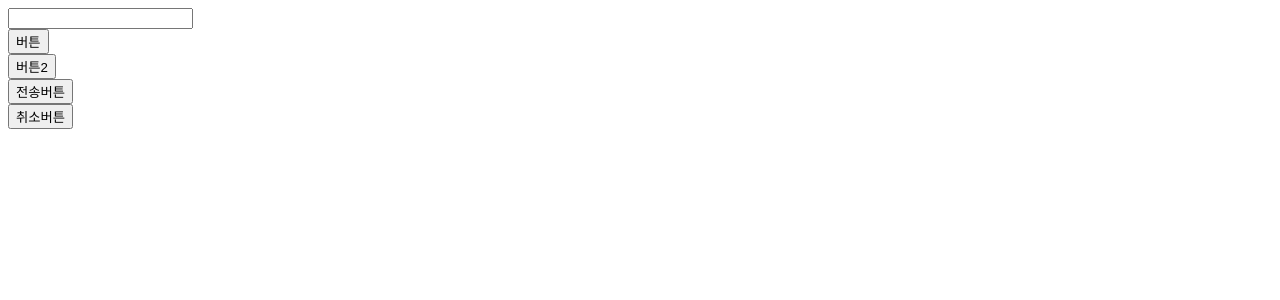
Repository: zmfhd1/Web
Page: jstest/WebContent/event1.html
An editor plug-in stored every save of this project. The page is shown before and after the next save, followed by the edit.
The browser window is 1280 px wide. The pictures show the whole page.

Above is the page before, as saved 2021-08-24 09:01:27.

### jstest/WebContent/event1.html
<!DOCTYPE html>
<html>
<head>
<meta charset="UTF-8">
<title>Insert title here</title>
</head>
<body>
<script>
function f1(){
	alert('이벤트발생');
	//10문장
}
//고전 이벤트 모델
window.onload = function(){
	var btn2 = document.getElementById("btn2");
	btn2.onclick = function(){
		alert('버튼2 이벤트 발생');
	}
}

</script>

<form action = "a.html">
<input type = text><br>
<input type = 'button' value = "버튼" onclick = "f1()"><br>
<input id = "btn2" type = 'button' value = "버튼2"><br>

<input type = 'submit' value = "전송버튼" ><br>
<input type = 'submit' value = "취소버튼" ><br>

</form>
</body>
</html>

After the next save:
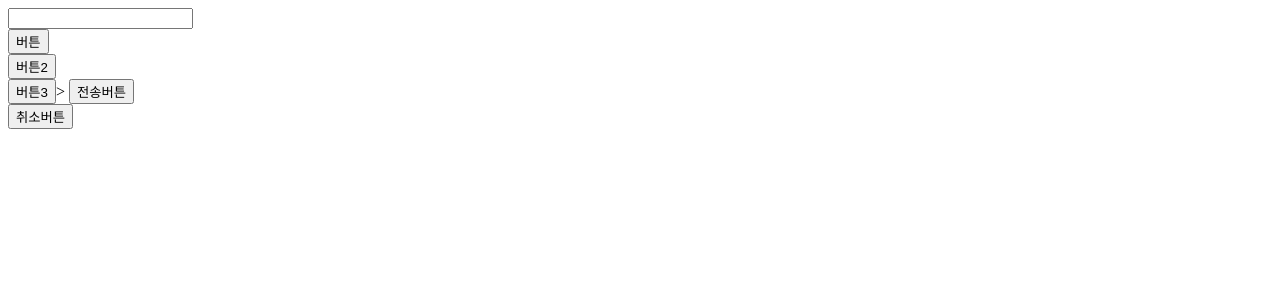
Saved 15 h 29 min later.
--- a/jstest/WebContent/event1.html
+++ b/jstest/WebContent/event1.html
@@ -5,6 +5,8 @@
 <title>Insert title here</title>
 </head>
 <body>
+
+
 <script>
 function f1(){
 	alert('이벤트발생');
@@ -14,7 +16,7 @@ function f1(){
 window.onload = function(){
 	var btn2 = document.getElementById("btn2");
 	btn2.onclick = function(){
-		alert('버튼2 이벤트 발생');
+		this.value = "클릭했음";
 	}
 }
 
@@ -22,8 +24,10 @@ window.onload = function(){
 
 <form action = "a.html">
 <input type = text><br>
+
 <input type = 'button' value = "버튼" onclick = "f1()"><br>
 <input id = "btn2" type = 'button' value = "버튼2"><br>
+<button id = "btn3">버튼3</button>>
 
 <input type = 'submit' value = "전송버튼" ><br>
 <input type = 'submit' value = "취소버튼" ><br>
